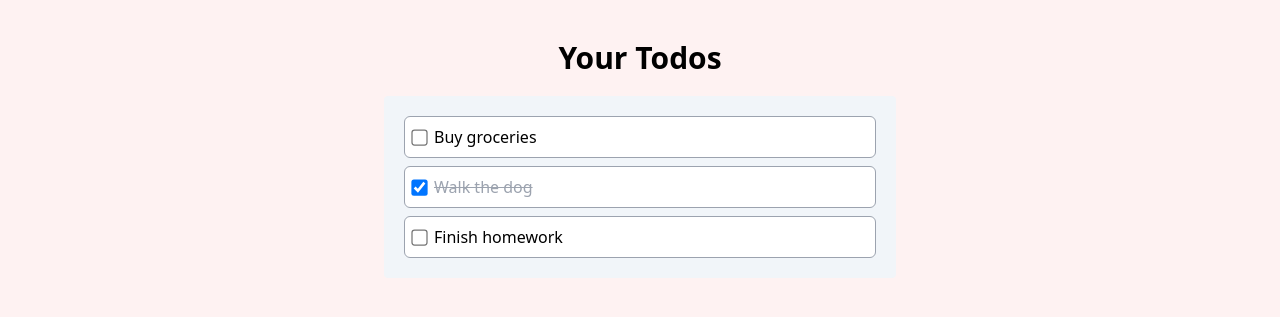
Repository: kocokoy/lodo-list-react-ts-tailwind
Page: /
The author's editor kept a copy of each file at every save. The page is drawn from the files as they stood at one save, then again after the next save.
The browser window is 1280 px wide. The pictures show the whole page.
The project was rebuilt for these pictures with package versions that can differ from the ones it lists, and the page was loaded fresh each time. Also part of the build but not shown: vite.config.ts.

Above is the page before, as saved 2025-07-29 17:30:38.

### src/App.tsx
import { useState } from "react";
import  TodoItem  from "./components/TodoItem";
import { dummyData } from "./data/todos";

function App() {
const [todos, setTodos] = useState(dummyData);

  function setTodoCompleted(id: number, completed: boolean) {
    setTodos((prevTodos) => prevTodos.map(todo => (todo.id === id ? {...todo, completed} : todo)))
  }

  return (
   <main className="py-10 bg-red-50 h-screen space-y-5">
     <h1 className="font-bold text-3xl text-center">
      Your Todos
     </h1>
       <div className="max-w-lg mx-auto bg-slate-100 rounded p-5">
        <div className="space-y-2">
          {todos.map(todo => (
            <TodoItem
            key={todo.id}
            todo={todo}
            onCompletedChange={setTodoCompleted} />
          ))}
        </div>
       </div>
    </main>
  )
}

export default App

### src/components/TodoItem.tsx
import type { Todo } from "../types/todo";

interface TodoItemProps {
  todo: Todo;
  onCompletedChange: (id: number, completed: boolean) => void;
}

export default function TodoItem({todo, onCompletedChange}: TodoItemProps){
  return(
    <div>
      <label className="flex items-center gap-2 border rounded-md p-2 border-gray-400 bg-white hover:bg-slate-50">
        <input
        type="checkbox"
        checked={todo.completed}
        onChange={(e) => onCompletedChange(todo.id, e.target.checked)}
        className="scale-125"
        />
        <span className={todo.completed ? "line-through text-gray-400" : ""}>
          {todo.title}
        </span>
      </label>
    </div>
  )
}

### src/data/todos.ts
import type { Todo } from '../types/todo'

export const dummyData: Todo[] = [
  {
    id: 1,
    title: "Buy groceries",
    completed: false
  },
  {
    id: 2,
    title: "Walk the dog",
    completed: true
  },
  {
    id: 3,
    title: "Finish homework",
    completed: false
  }
]

Loaded but not shown: index.html (common file); src/main.tsx (common file); src/index.css (common file); tailwind.config.js (common file)

After the next save:
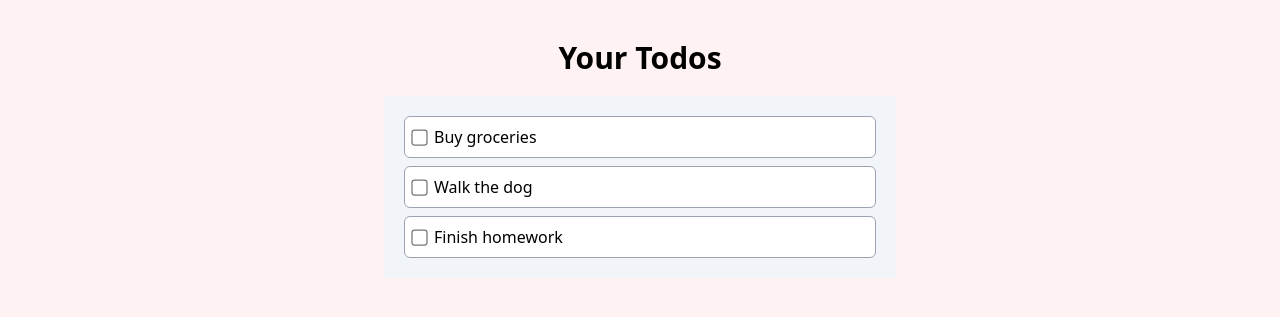
Saved 2 min 35 s later.
--- a/src/data/todos.ts
+++ b/src/data/todos.ts
@@ -9,7 +9,7 @@ export const dummyData: Todo[] = [
   {
     id: 2,
     title: "Walk the dog",
-    completed: true
+    completed: false
   },
   {
     id: 3,
